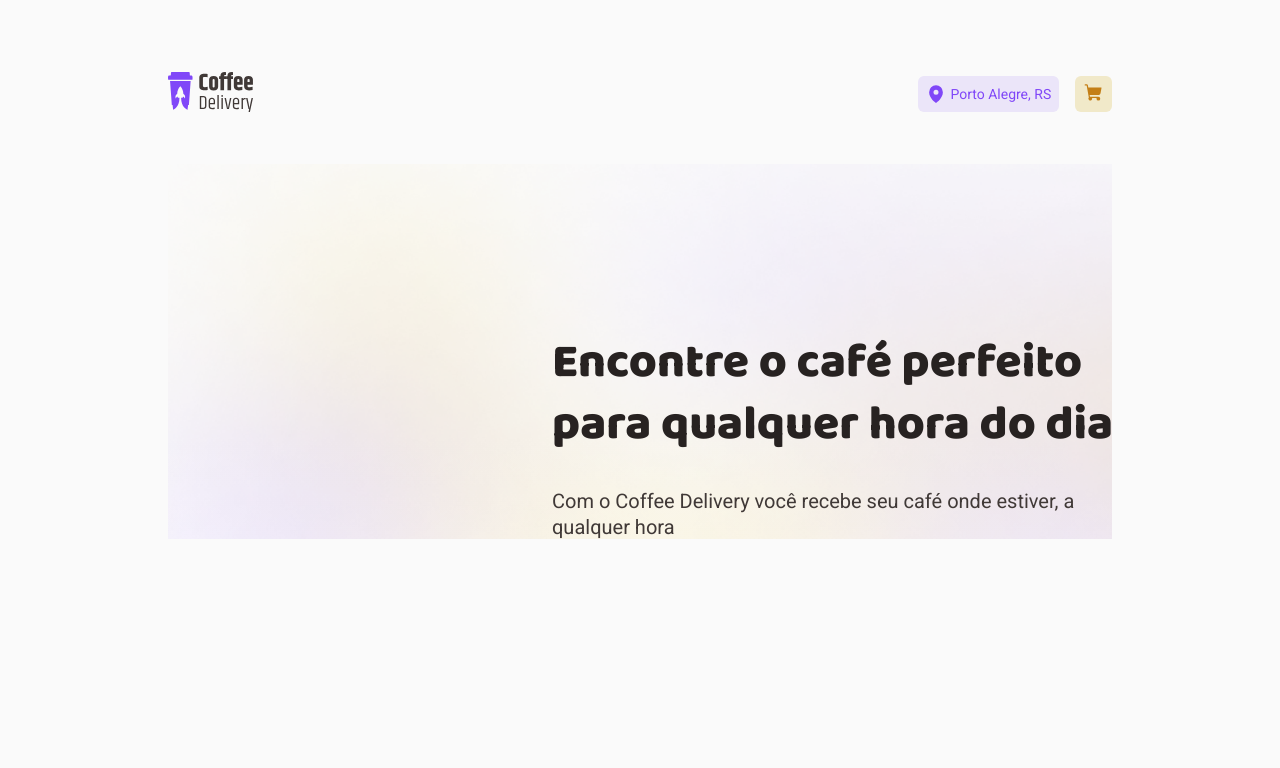
Repository: guilhermecardoso93/react-coffee-delivery
Page: /
The author's editor kept a copy of each file at every save. The page is drawn from the files as they stood at one save, then again after the next save.
The browser window is 1280 px wide. The pictures show the whole page.
The project was rebuilt for these pictures with package versions that can differ from the ones it lists, and the page was loaded fresh each time. Also part of the build but not shown: vite.config.ts, src/pages/CompleteOrder/styles.ts, src/pages/CompleteOrder/index.tsx.

Above is the page before, as saved 2022-07-17 22:38:23.

### index.html
<!DOCTYPE html>
<html lang="en">
  <head>
    <meta charset="UTF-8" />
    <link rel="icon" type="image/svg+xml" href="/src/assets/favicon.ico" />
    <link rel="preconnect" href="https://fonts.googleapis.com" />
    <link rel="preconnect" href="https://fonts.gstatic.com" crossorigin />
    <meta name="viewport" content="width=device-width, initial-scale=1.0" />
    <link
      href="https://fonts.googleapis.com/css2?family=Baloo+2:wght@700;800&family=Roboto:wght@400;500;700&display=swap"
      rel="stylesheet"
    />
    <title>Coffee Delivery - Rocketseat</title>
  </head>
  <body>
    <div id="root"></div>
    <script type="module" src="/src/main.tsx"></script>
  </body>
</html>

### src/App.tsx
import { ThemeProvider } from "styled-components";
import { defaultTheme } from "./styles/themes/default";
import { GlobalStyle } from "./styles/global";
import { Router } from "./Router";
import { BrowserRouter } from "react-router-dom";

export function App() {
  return (
    <ThemeProvider theme={defaultTheme}>
      <BrowserRouter>
        <Router />
        <GlobalStyle />
      </BrowserRouter>
    </ThemeProvider>
  );
}

### src/styles/themes/default.ts
export const defaultTheme = {
  colors: {
    "white": "#FFFFFF",
    "base-background": "#FAFAFA",
    "base-card": "#F3F2F2",
    "base-input": "#EDEDED",
    "base-button": "#E6E5E5",
    "base-hover": "#D7D5D5",
    "base-label": "#8D8686",
    "base-text": "#574F4D",
    "base-subtitle": "#403937",
    "base-title": "#272221",
    "base-error": "#f84747",
    "brand-purple-dark": "#4B2995",
    "brand-purple": "#8047F8",
    "brand-purple-light": "#EBE5F9",
    "brand-yellow-dark": "#C47F17",
    "brand-yellow": "#DBAC2C",
    "brand-yellow-light": "#F1E9C9"
  },
  textSizes: {
    "title-title-xl": "3rem",
    "title-title-l": "2rem",
    "title-title-m": "1.5rem",
    "title-title-s": "1.2rem",
    "title-title-xs": "1.125rem",
    "text-regular-l": "1.25rem",
    "text-bold-l": "1.25rem",
    "text-regular-m": "1rem",
    "text-bold-m": "1rem",
    "text-regular-s": "0.875rem",
    "text-bold-s": "0.75rem",
    "components-tag": "0.625rem",
    "components-button-g": "0.875rem",
    "components-button-s": "0.75rem",
  },
  fonts: {
    regular: "'Roboto'",
    title: "'Baloo 2'",
  },
};

### src/styles/global.ts
import { createGlobalStyle } from "styled-components";

export const GlobalStyle = createGlobalStyle`
  * {
    margin: 0;
    padding: 0;
    box-sizing: border-box;
    outline: none;
  }
  body {
    background: ${({ theme }) => theme.colors["base-background"]};
    color: ${({ theme }) => theme.colors["base-text"]};
    -webkit-font-smoothing: antialiased;
  }
  body, input, textarea, button {
    font-family: 'Roboto', sans-serif;
    font-weight: 400;
    font-size: 1rem;
  }
  button {
    cursor: pointer;
  }
  a {
    text-decoration: none;
  }
  input::-webkit-outer-spin-button,
  input::-webkit-inner-spin-button {
    -webkit-appearance: none;
    margin: 0;
  }
  input[type="number"] {
    -moz-appearance: textfield;
  }
  ::-webkit-scrollbar {
    width: 0.4rem;
  }
  ::-webkit-scrollbar-track {
    background: ${({ theme }) => theme.colors["base-button"]}
  }
  ::-webkit-scrollbar-thumb {
    border-radius: 2rem;
    background: ${({ theme }) => theme.colors["brand-purple"]}
  }
`;

### src/Router.tsx
import { Route, Routes } from "react-router-dom";
import { DefaultLayout } from "./layouts/DefaultLayout";
import { CompleteOrder } from "./pages/CompleteOrder";
import { Home } from "./pages/Home";

export function Router() {
  return (
    <Routes>
      <Route path="/" element={<DefaultLayout />}>
        <Route path="/" element={<Home />} />
        <Route path="/completeorder" element={<CompleteOrder />} />
      </Route>
    </Routes>
  );
}

### src/pages/Home/index.tsx
import { useTheme } from "styled-components";
import { Intro } from "./Intro";
import { HomeContainer } from "./styles";

interface BenefitItemProps {
  iconBg?: string;
}

export function Home({ iconBg }: BenefitItemProps) {
  const { colors } = useTheme();

  return (
    <HomeContainer>
      <Intro />
    </HomeContainer>
  );
}

### src/components/Header/index.tsx
import { MapPin, ShoppingCart } from "phosphor-react";
import { NavLink } from "react-router-dom";
import Logo from "../../assets/logo.svg";
import { HeaderButton, HeaderButtonBase, HeaderContainer } from "./styles";

export function Header() {
  return (
    <HeaderContainer>
      <div>
        <NavLink to="/">
          <img
            src={Logo}
            alt="Coffee Delivery Logo - copo de café escrito delivery"
          />
        </NavLink>
      </div>
      <div>
        <HeaderButton>
          <HeaderButtonBase variant="purple">
            <MapPin size={20} weight="fill" />
            Porto Alegre, RS
          </HeaderButtonBase>
          <HeaderButtonBase variant="yellow">
            <NavLink to="/completeorder">
              <ShoppingCart size={20} weight="fill" />
            </NavLink>
          </HeaderButtonBase>
        </HeaderButton>
      </div>
    </HeaderContainer>
  );
}

### src/layouts/DefaultLayout/styles.ts
import styled from "styled-components";

export const LayoutContainer = styled.div`
  max-width: 80vw;
  height: calc(100vh - 1rem);
  margin: 2rem auto;
  padding: 2.5rem;
  gap: 3rem;

  display: flex;
  flex-direction: column;



  .container {
    width: 100%;
    max-width: 70rem;
    margin-right:auto;
    margin-left: auto;
  }
`;

### src/pages/Home/Intro/index.tsx
import { Coffee, MapPin, Package, ShoppingCart, Timer } from "phosphor-react";
import { RegularText } from "../../../components/Texts";
import { useTheme } from "styled-components";
import CoffeHome from "../../../assets/intro-img.png";
import {
  IntroContainer,
  IntroContent,
  HomeList,
  IconList,
  IntroTitle
} from "./styles";

interface BenefitItemProps {
  iconBg?: string;
}

export function Intro({ iconBg }: BenefitItemProps) {
  const { colors } = useTheme();

  return (
    <IntroContainer>
      <IntroContent className="container">
        <div>
          <section>
            <IntroTitle size="xl">
              Encontre o café perfeito para qualquer hora do dia
            </IntroTitle>
            <RegularText as="h3" size="l" color="subtitle">
              Com o Coffee Delivery você recebe seu café onde estiver, a
              qualquer hora
            </RegularText>
          </section>
        </div>
        <img src={CoffeHome} />
      </IntroContent>
    </IntroContainer>
  );
}

/* <HomeList className="container">
              <IconList iconBg={colors["brand-yellow-dark"]}>
                <div>
                  <ShoppingCart size={14} />
                </div>
                <p>Compra simples e segura</p>
              </IconList>
              <IconList iconBg={colors["base-subtitle"]}>
                <div>
                  <Package size={16} weight="fill" />
                </div>
                <p>Embalagem mantém o café intacto</p>
              </IconList>
              <IconList iconBg={colors["brand-yellow"]}>
                <div>
                  <Timer size={16} weight="fill" />
                </div>
                <p>Entrega rápida e rastreada</p>
              </IconList>
              <IconList iconBg={colors["brand-purple"]}>
                <div>
                  <Coffee size={16} weight="fill" />
                </div>
                <p>O café chega fresquinho até você</p>
              </IconList>
            </HomeList>
            */

### src/pages/Home/styles.ts
import styled from "styled-components";

export const HomeContainer = styled.main`
  margin-bottom: 9.8rem;
  overflow: hidden;

`;

### src/components/Header/styles.ts
import styled, { css } from "styled-components";

export const HeaderContainer = styled.header`
  width: 100%;
  display: flex;
  align-items: center;
  justify-content: space-between;
`;

export const HeaderButton = styled.div`
  display: flex;
  align-items: center;
  justify-content: center;
  gap: 1rem;
`;

interface HeaderButtonProps {
  variant: "purple" | "yellow";
}

export const HeaderButtonBase = styled.div<HeaderButtonProps>`
  display: flex;
  justify-content: center;
  align-items: center;
  padding: 8px;
  gap: 4px;
  border-radius: 6px;
  border: none;
  min-width: 2.3rem;
  height: 2.3rem;
  position: relative;
  font-size: 0.875rem;

  ${({ variant, theme }) =>
    variant === "purple" &&
    css`
      background-color: ${theme.colors[`brand-${variant}-light`]};
      color: ${theme.colors[`brand-${variant}`]};
    `}

  ${({ variant, theme }) =>
    variant === "yellow" &&
    css`
      background-color: ${theme.colors[`brand-${variant}-light`]};
      svg {
        color: ${theme.colors[`brand-${variant}-dark`]};
      }
    `}
`;

### src/components/Texts.ts
import styled from "styled-components";

interface TitleTextProps {
  size?: "xl" | "l" | "m" | "s" | "xs";
  color?: "title" | "subtitle" | "text";
  weight?: string | number;
}

interface RegularTextProps {
  size?: "l" | "m" | "s";
  color?: "text" | "subtitle" | "label";
  weight?: string | number;
}

export const TitleText = styled.h1<TitleTextProps>`
  color: ${({ theme, color }) => theme.colors[`base-${color ?? "title"}`]};
  font-size: ${({ theme, size }) =>
    theme.textSizes[`title-title-${size ?? "m"}`]};
  font-family: ${({ theme }) => theme.fonts.title};
  line-height: 130%;
  font-weight: ${({ weight }) => weight ?? 800};
`;

export const RegularText = styled.p<RegularTextProps>`
  color: ${({ theme, color }) => theme.colors[`base-${color ?? "text"}`]};
  font-size: ${({ theme, size }) =>
    theme.textSizes[`text-regular-${size ?? "m"}`]};
  line-height: 130%;
  font-weight: ${({ weight }) => weight ?? 400};
`;

### src/pages/Home/Intro/styles.ts
import styled from "styled-components";
import background from "../../../assets/intro-background.png";
import { rgba } from "polished";
import { TitleText } from "../../../components/Texts";

interface IconsContainerProps {
  iconBg: string;
}

export const IntroContainer = styled.section`
  display: flex;
  align-items: center;
  justify-content: center;
  width: 200%;
  height: 34rem;
  background: ${({ theme }) => `url(${background}) no-repeat center,
      linear-gradient(
        0deg,
        ${theme.colors["white"]} 0%,
        ${rgba(theme.colors["base-background"], 0.2)} 50%,
        ${theme.colors["base-background"]} 100%
      )`};
  background-size: cover;

  h1 {
    font-family: "Baloo 2";
    font-style: normal;
    font-weight: 800;
    font-size: 48px;
    line-height: 130%;
    width: 36.75rem;
    margin-bottom: 2rem;
  }

  .homeSpan {
    font-family: "Roboto";
    font-style: normal;
    font-weight: 400;
    font-size: 20px;
    line-height: 130%;
    width: 37rem;
  }
`;

export const IntroContent = styled.div`
  display: flex;
  align-items: center;
  justify-content: space-between;
  gap: 3.5rem;

  div {
    display: flex;
  }
`;
export const IntroTitle = styled(TitleText)`
  margin-bottom: 1rem;
`;

export const HomeList = styled.div`
  display: grid;
  grid-template-columns: 1fr 1fr;
  grid-template-rows: auto;
  row-gap: 2.25rem;
  margin-top: 4.125rem;
  width: max-content;
`;

export const IconList = styled.span<IconsContainerProps>`
  width: 100%;
  display: flex;
  align-items: center;
  justify-content: space;
  gap: 1rem;

  div {
    display: flex;
    flex-direction: row;
    justify-content: center;
    align-items: center;
    padding: 8px;
    gap: 8px;
    background: ${({ iconBg }) => iconBg};
    width: 32px;
    height: 32px;
    color: ${(props) => props.theme.colors["white"]};
    border-radius: 50%;
    border: none;

    overflow-wrap: break-word;
    word-wrap: break-word;
    word-break: break-word;
  }

  p {
    color: ${(props) => props.theme.colors["base-text"]};
  }
`;

Loaded but not shown: src/main.tsx (common file); src/layouts/DefaultLayout/index.tsx (common file)

After the next save:
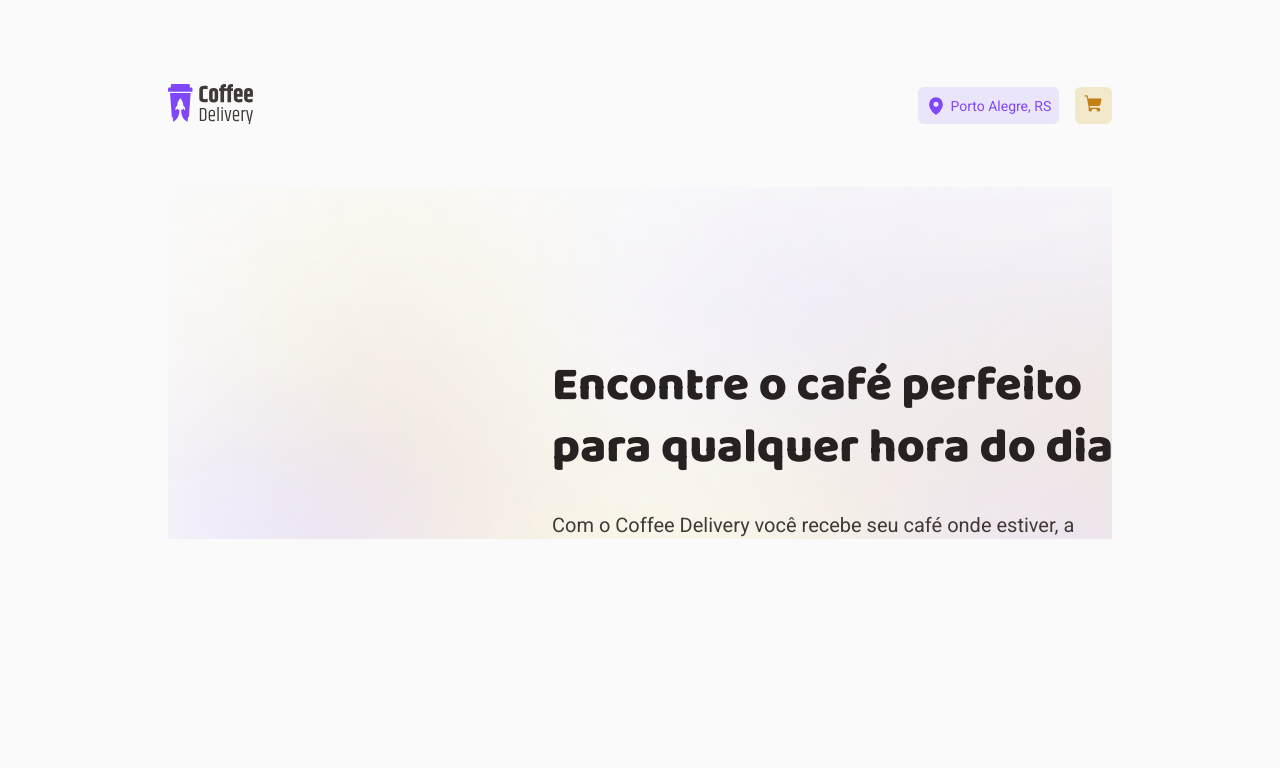
Saved 20 s later.
--- a/src/components/Header/styles.ts
+++ b/src/components/Header/styles.ts
@@ -5,6 +5,8 @@
   display: flex;
   align-items: center;
   justify-content: space-between;
+  height: 6.5rem;
+  background: ${({ theme }) => theme.colors["base-background"]};
 `;
 
 export const HeaderButton = styled.div`
